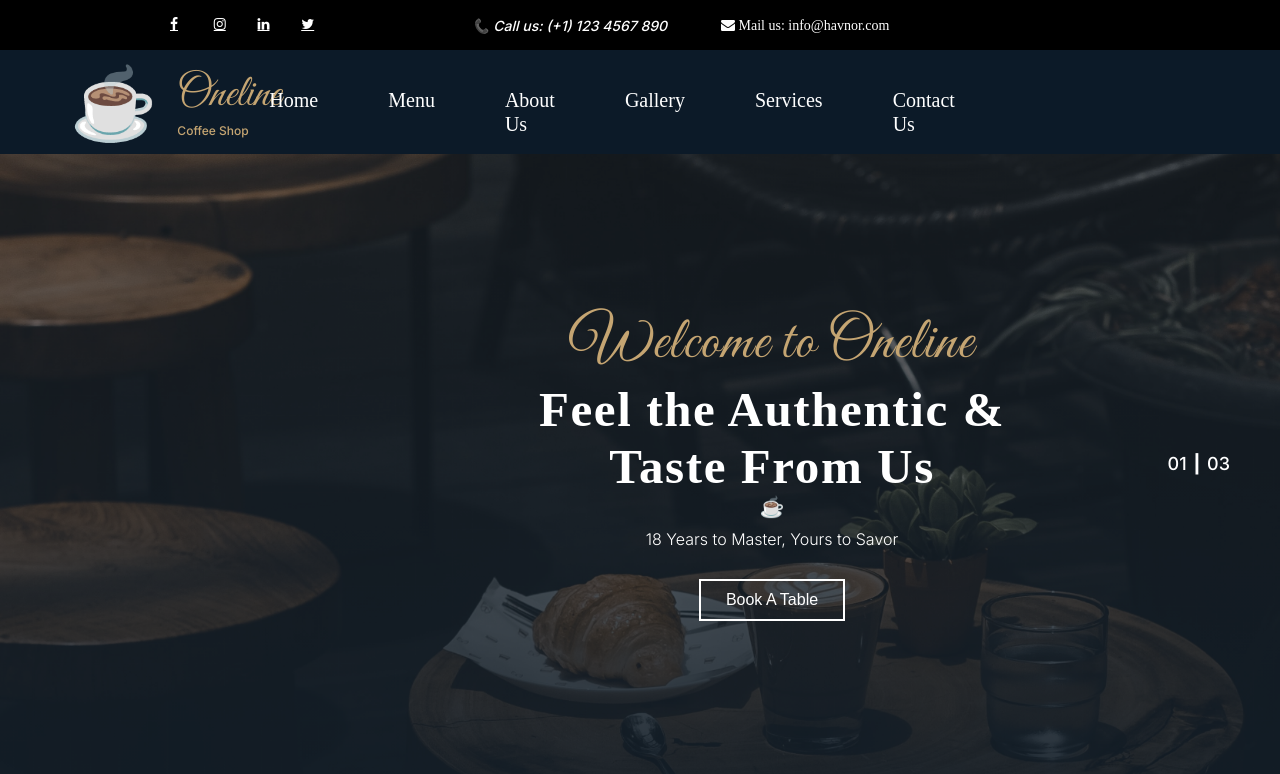
Repository: abhayzulasana/Online-Coffee-Shop
Page: index.html
These files come from the project's save history. The page is drawn as it stood at one moment and after a run of saves; the edit follows.
The browser window is 1280 px wide. The pictures show the whole page.

Above is the page before, as saved 2025-05-13 20:09:52.

After the next 2 saves:
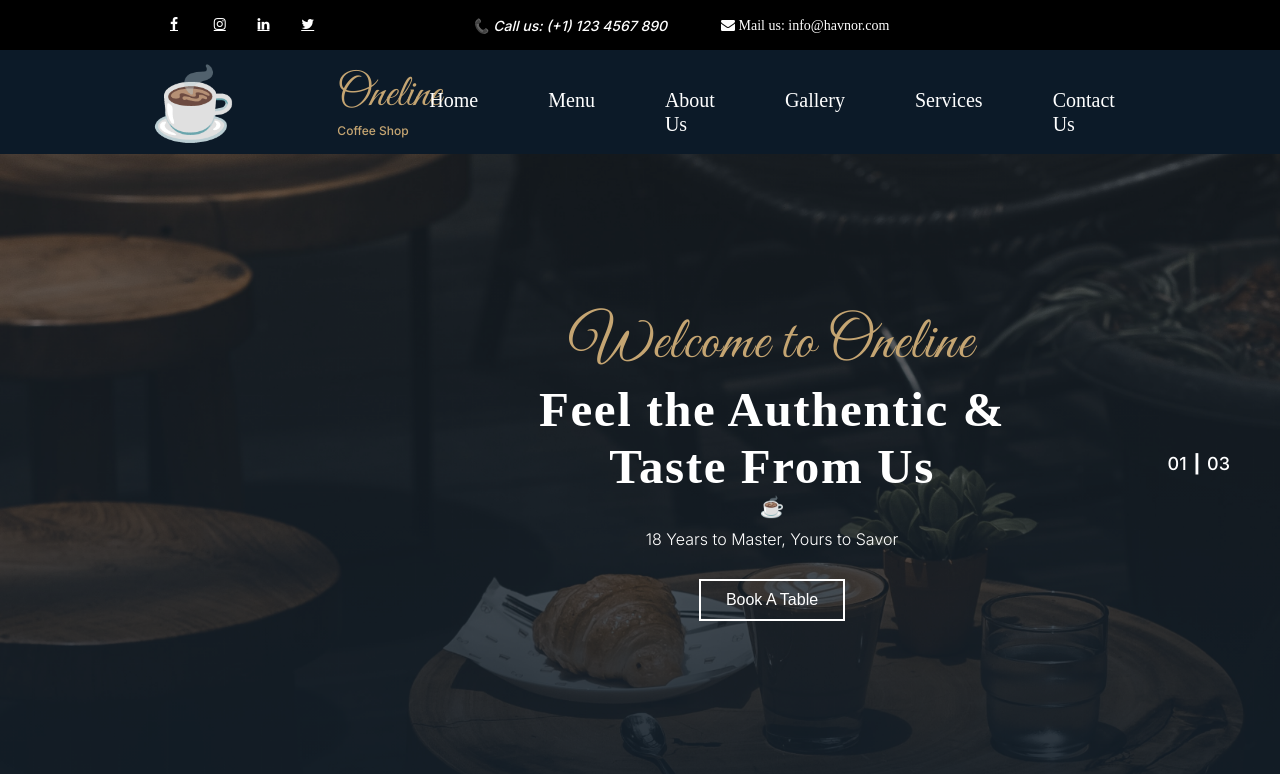
The 2 saves are shown as one change because they came seconds apart.
The last was saved 10 s later.
--- a/style.css
+++ b/style.css
@@ -82,7 +82,7 @@
     /* color: #C5A572; */
   }
   .logo span{
-    margin-left: 20px;
+    margin-left: 100px;
     color: #C5A572;
   }
   .logo-text {
